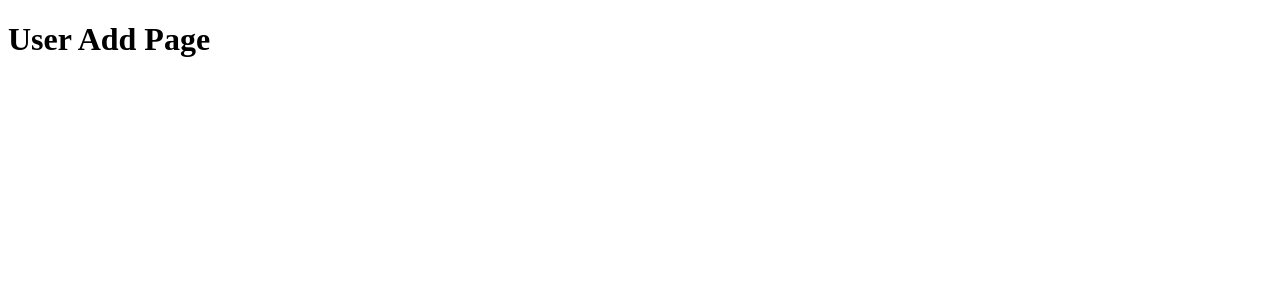
Repository: bookkg2/TIL
Page: http://localhost/day1333/product/add.jsp
The author's editor kept a copy of each file at every save. The page is drawn from the files as they stood at one save, then again after the next save.
The browser window is 1280 px wide. The pictures show the whole page.
The page is served by Tomcat 9. Other server files are loaded and not shown.

Above is the page before, as saved 2019-06-27 06:43:55.

### day1333/web/product/add.jsp
<%@ page language="java" contentType="text/html; charset=UTF-8"
    pageEncoding="UTF-8"%>
<%@ taglib prefix="c" uri="http://java.sun.com/jsp/jstl/core" %>

<!DOCTYPE html>
<html>
<head>
<meta charset="UTF-8">
<title>Insert title here</title>
<script src="https://ajax.googleapis.com/ajax/libs/jquery/1.12.4/jquery.min.js"></script>
</head>
<body>
<h1>User Add Page</h1>
</body>
</html>

After the next save:
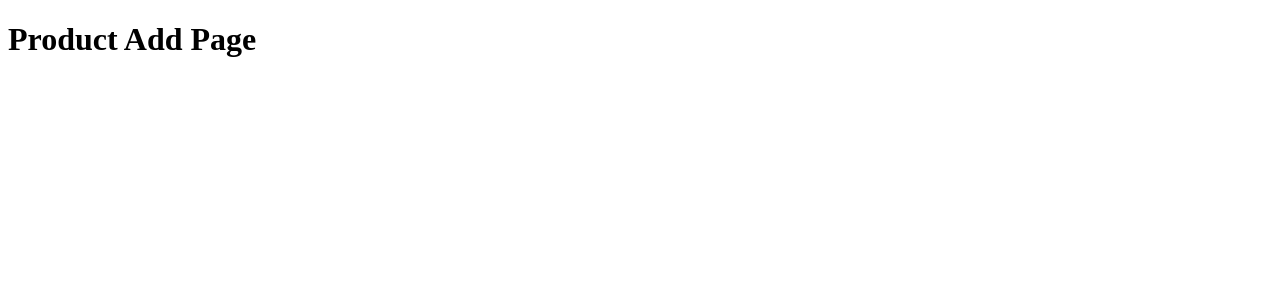
Saved 30 s later.
--- a/day1333/web/product/add.jsp
+++ b/day1333/web/product/add.jsp
@@ -10,6 +10,6 @@
 <script src="https://ajax.googleapis.com/ajax/libs/jquery/1.12.4/jquery.min.js"></script>
 </head>
 <body>
-<h1>User Add Page</h1>
+<h1>Product Add Page</h1>
 </body>
 </html>
